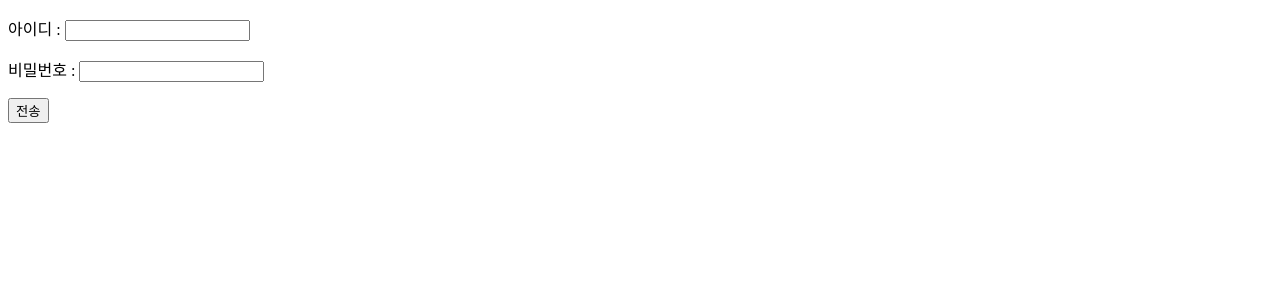
Repository: lhj257/jspwrokspace
Page: http://localhost/Exercise/ch08/validation02.jsp
The author's editor kept a copy of each file at every save. The page is drawn from the files as they stood at one save, then again after the next save.
The browser window is 1280 px wide. The pictures show the whole page.
The page is served by Tomcat 9. Other server files are loaded and not shown.

Above is the page before, as saved 2023-08-29 05:59:59.

### Exercise/src/main/webapp/ch08/validation02.jsp
<%@ page language="java" contentType="text/html; charset=UTF-8"
	pageEncoding="UTF-8"%>
<!DOCTYPE html>
<html>
<head>
<meta charset="UTF-8">
<title>Insert title here</title>
</head>
<script type="text/javascript">
	function checkLogin() {
		var form = document.loginForm;
		if (form.id.value == "") {
			alert("아이디를 입력해주세요.");
			form.id.focus();
			return false;
		} else if (form.passwd.value.includes(form.id.value)) {
			alert("비밀번호는 ID를 포함할 수 없습니다.");
			form.passwd.focus();
			return false;
		}
		form.submit();
	}
</script>
<body>
	<form name="loginForm" action="validation01_process.jsp" method="post">
		<p>
			아이디 : <input type="text" name="id">
		<P>
			비밀번호 : <input type="text" name="passwd">
		<p>
			<input type="button" value="전송" onclick="checkLogin()">
	</form>
</body>
</html>

After the next save:
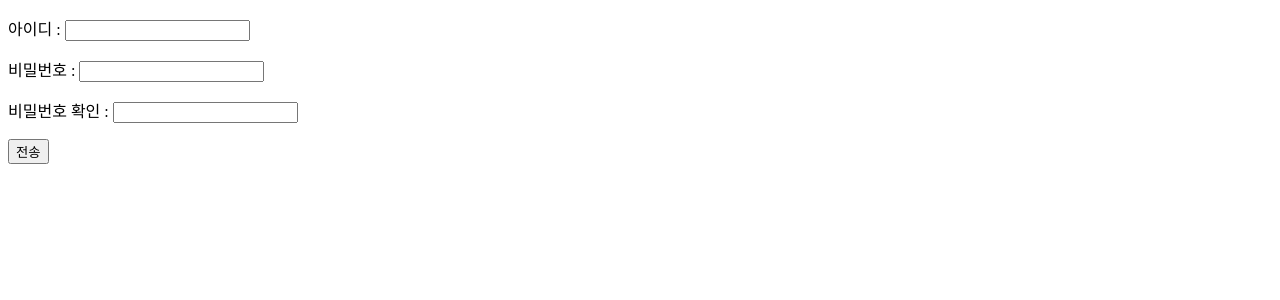
Saved 26 s later.
--- a/Exercise/src/main/webapp/ch08/validation02.jsp
+++ b/Exercise/src/main/webapp/ch08/validation02.jsp
@@ -26,7 +26,9 @@
 		<p>
 			아이디 : <input type="text" name="id">
 		<P>
-			비밀번호 : <input type="text" name="passwd">
+			비밀번호 : <input type="text" name="passwd1">
+		<P>
+			비밀번호 확인 : <input type="text" name="passwd2">
 		<p>
 			<input type="button" value="전송" onclick="checkLogin()">
 	</form>
